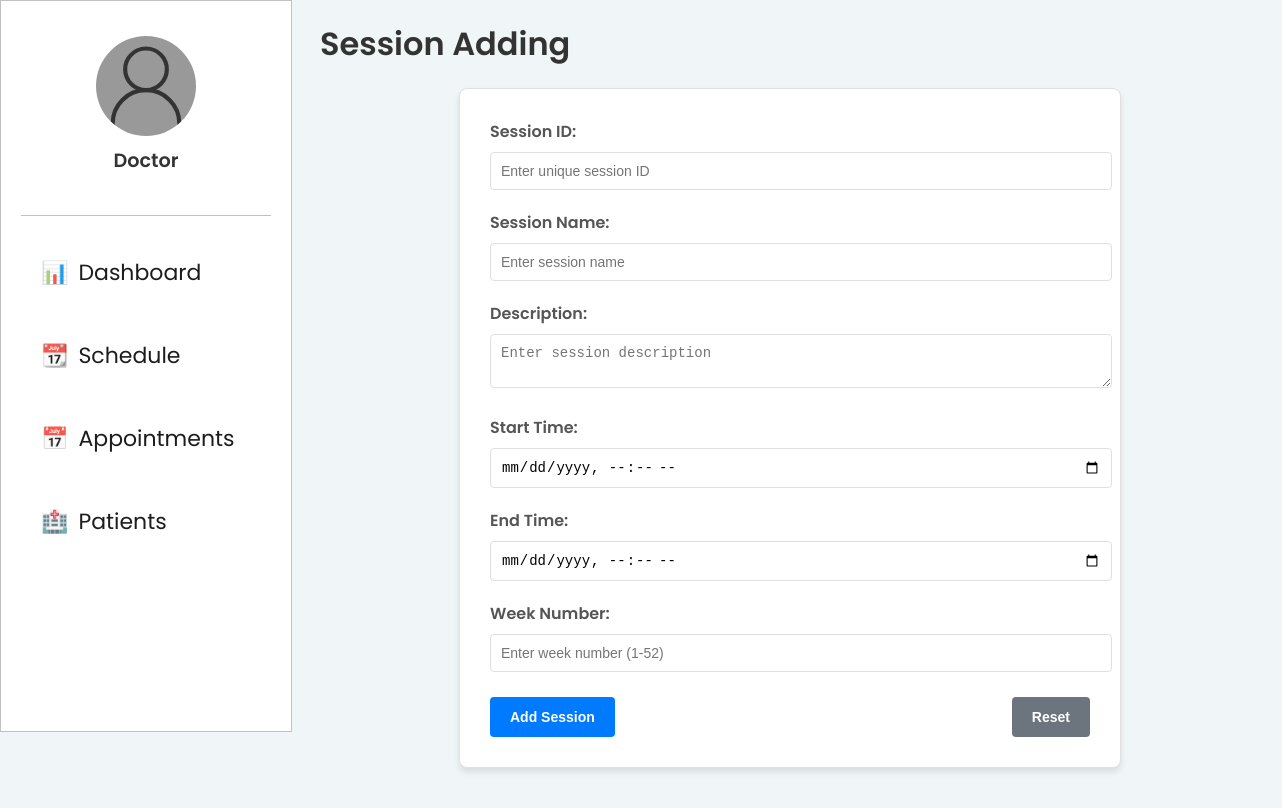
Repository: AriaFantom/Minor-Project
Page: http://localhost/Project/dashboard/doctor/schedule/create.jsp
An editor plug-in stored every save of this project. The page is shown before and after the next save, followed by the edit.
The browser window is 1280 px wide. The page is 1280 px wide, then 1282 px, so the pictures cover 1282 px, including what lies to the right of the window. The pictures show the whole page.
Some web fonts or font styles are not loaded; a fallback is used. The page is served by Tomcat 10.

Above is the page before, as saved 2024-12-12 19:58:07.

After the next save:
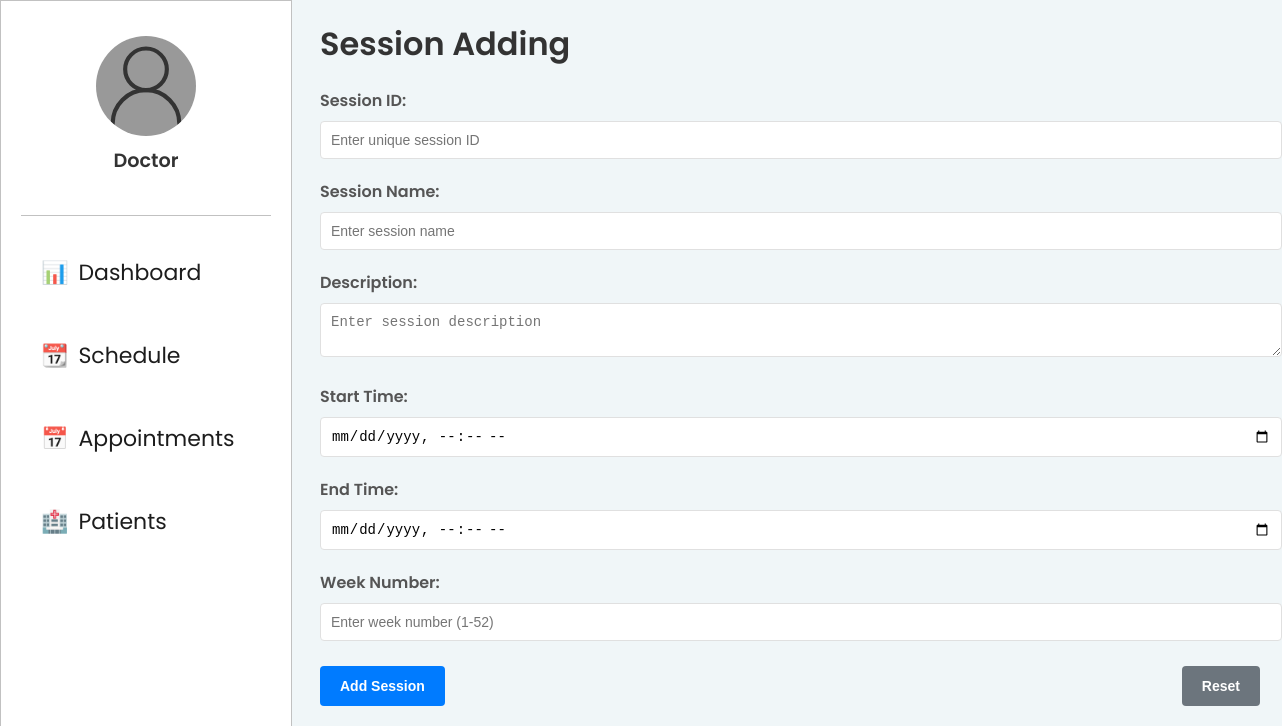
Saved 2 min 26 s later.
--- a/Project/src/main/webapp/dashboard/doctor/schedule/create.jsp
+++ b/Project/src/main/webapp/dashboard/doctor/schedule/create.jsp
@@ -50,7 +50,7 @@
     <div class="top-heading">
         <h4 class="panel-heading">Session Adding</h4>
     </div>
-    <div class="session-form-container">
+    <div class="sessionformcontainer">
     <form action="AddSessionServlet" method="post" class="session-form" onsubmit="return validateForm()">
         <%-- Hidden input for doctor_id will be populated from logged-in session --%>
         <input type="hidden" name="doctor_id" value="${sessionScope.doctorId}">
